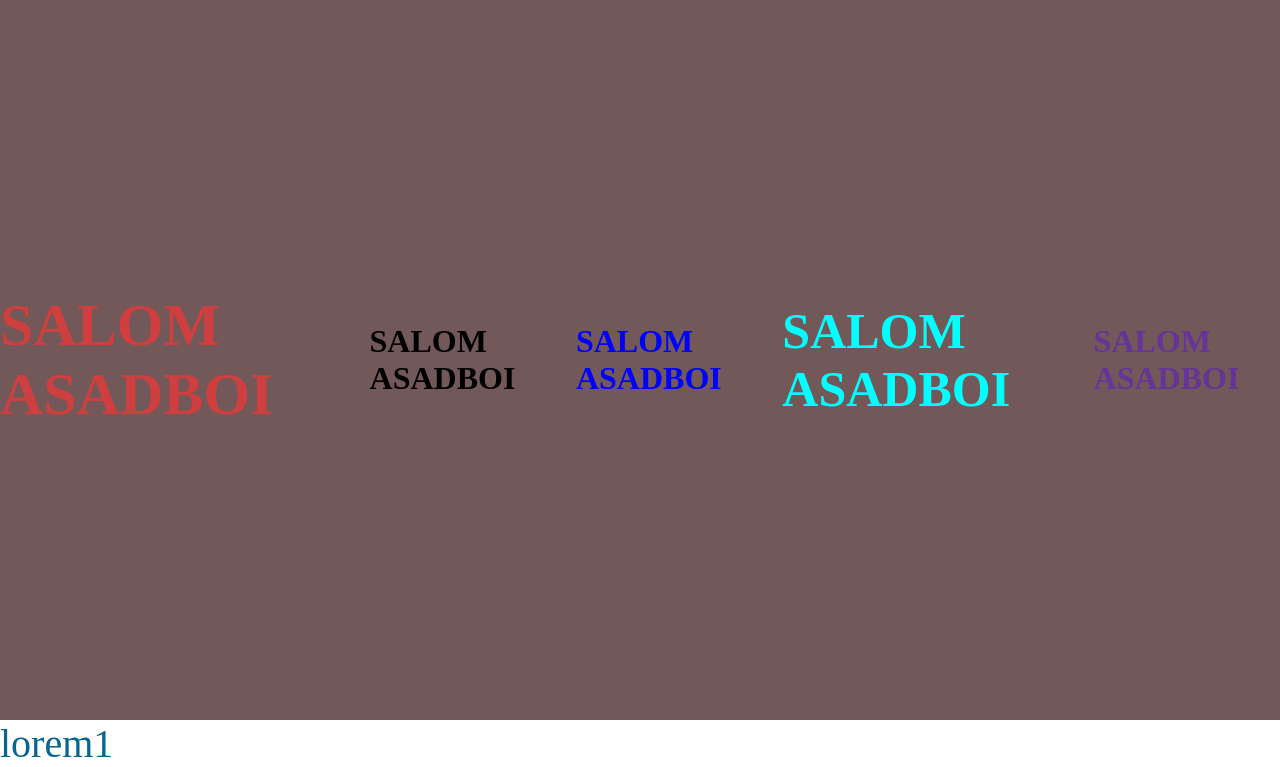
Repository: KHANas02/CACTUS
Page: index.html
The author's editor kept a copy of each file at every save. The page is drawn from the files as they stood at one save, then again after a run of saves.
The browser window is 1280 px wide. The pictures show the whole page.
The first visible `h1` is being pressed.

Above is the page before, as saved 2024-02-21 17:21:02.

After the next 4 saves:
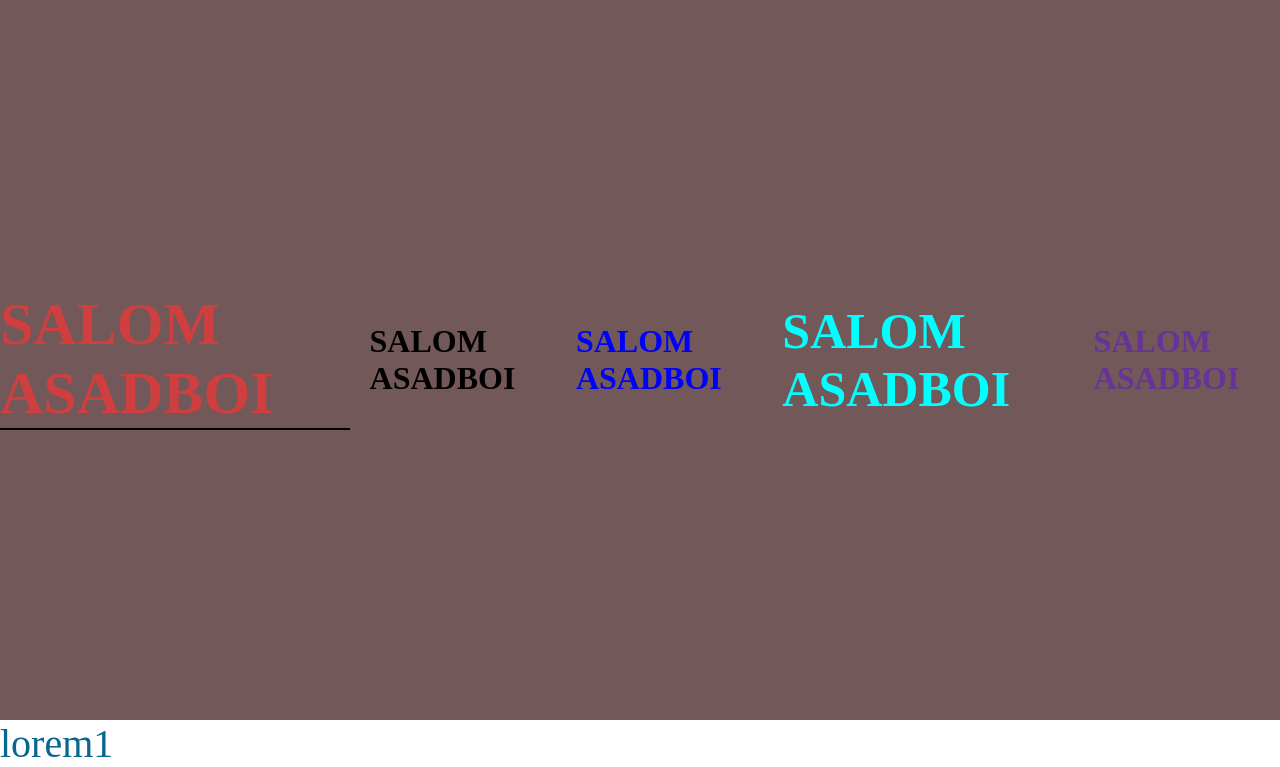
The 4 saves are shown as one change because they came seconds apart.
The last was saved 14 s later.
--- a/style.css
+++ b/style.css
@@ -42,5 +42,5 @@
 }
 h1:active{
 font-size: 60px;
-border-bottom: 32;
+border-bottom: 2px solid #000;
 }
